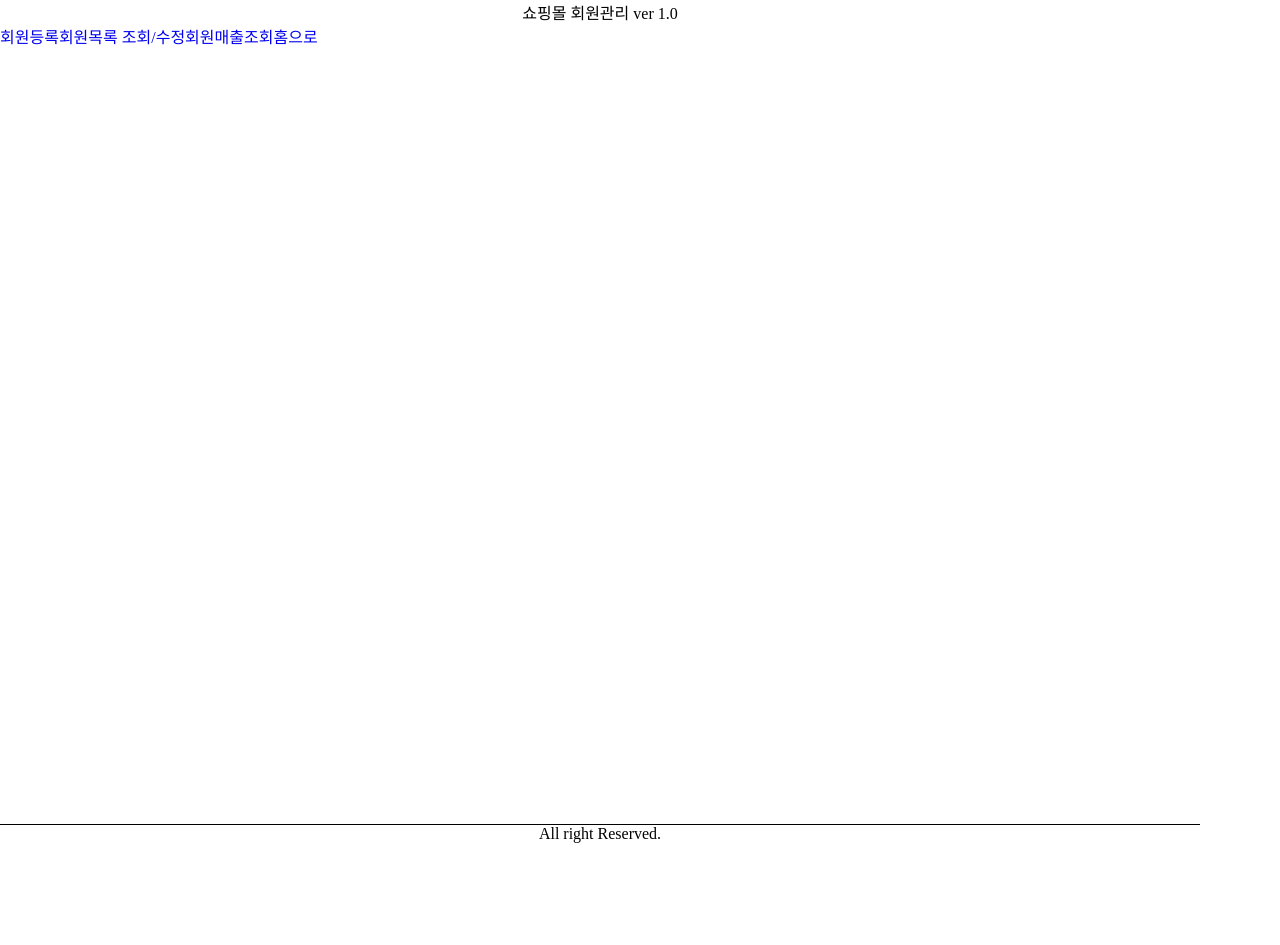
Repository: foodduck/HRD_exam
Page: http://localhost/HRD_1234/
The author's editor kept a copy of each file at every save. The page is drawn from the files as they stood at one save, then again after the next save.
The browser window is 1280 px wide. The pictures show the whole page.
The page is served by Tomcat 9.

Above is the page before, as saved 2022-02-11 09:15:54.

### HRD_1234/WebContent/index.jsp
<%@ page language="java" contentType="text/html; charset=UTF-8"
    pageEncoding="UTF-8"%>
<!DOCTYPE html PUBLIC "-//W3C//DTD HTML 4.01 Transitional//EN" "http://www.w3.org/TR/html4/loose.dtd">
<html>
<head>
<meta http-equiv="Content-Type" content="text/html; charset=UTF-8">
<title>메인 메뉴</title>
<style>
	* {margin:0; padding:0}
	body, html {width:100%}
	ul {list-style:none;}
	a {text-decoration:none;}
	.wrap {width:1200px; clear:both;}
	p {text-align:center}
	.tnb li {float:left; margin:0 auto;}
	.sec {width:100%; height:800px;}
	.ft {clear:both; width:100%; height:120px; border-top:solid 1px black;}
</style>
</head>
<body>
<div class="wrap">
	<header class="hd">
	<div class="hd_wrap">
		<p>쇼핑몰 회원관리 ver 1.0</p>
	</div>
	</header>
	<nav>
	<ul class="tnb">
		<li><a href="makecustNo.jsp">회원등록</a></li>
		<li><a href="memberList.jsp">회원목록 조회/수정</a></li>
		<li><a href="memberSales">회원매출조회</a></li>
		<li><a href="index.jsp">홈으로</a></li>
	</ul>
	</nav>
	<section class="sec">
		<div class="sec_wrap">

		</div>
	</section>
	<footer class="ft">
	<div class="ft_wrap">
		<p>All right Reserved.</p>
	</div>
	</footer>
</div>
</body>
</html>

After the next save:
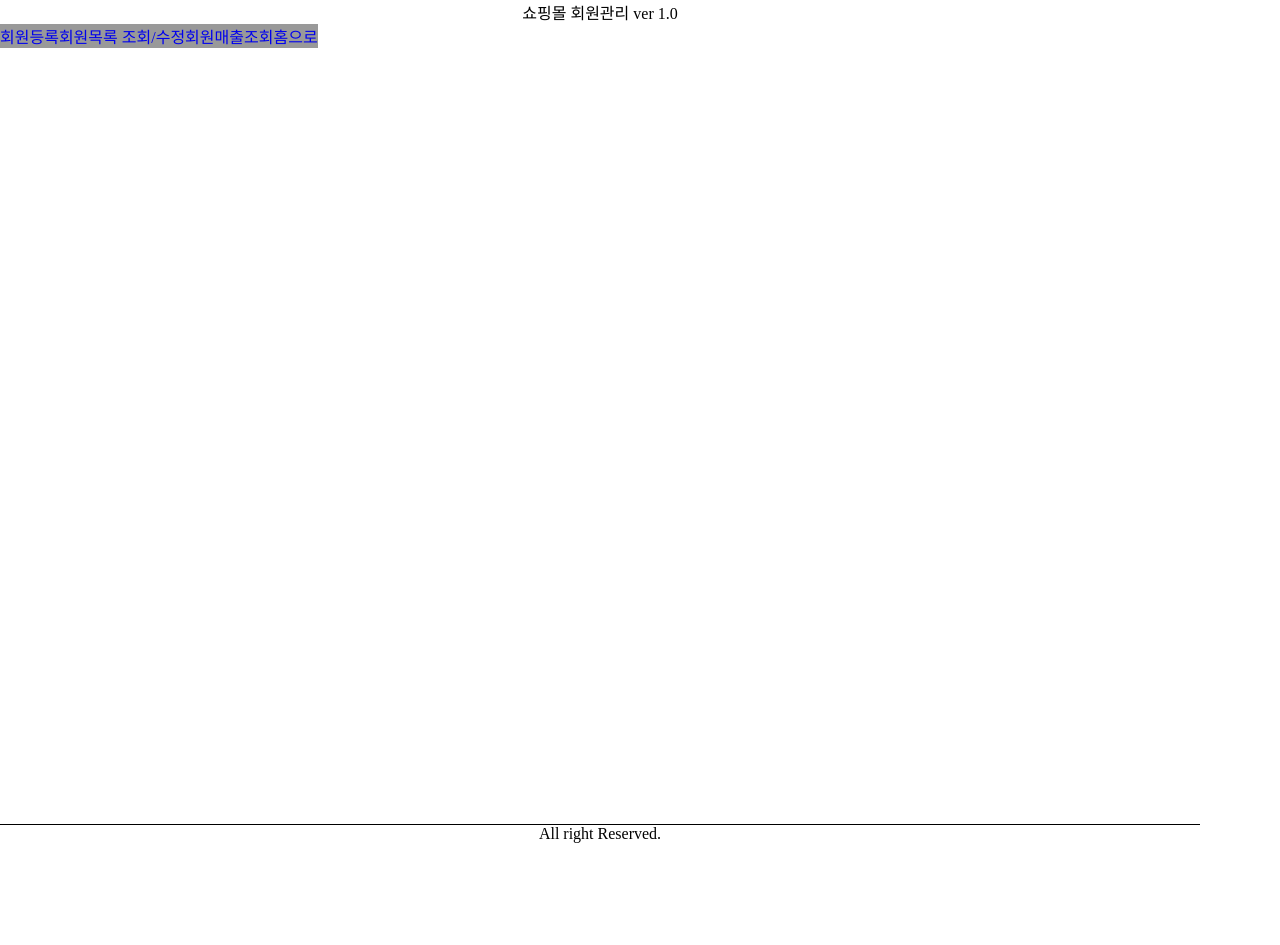
Saved 26 s later.
--- a/HRD_1234/WebContent/index.jsp
+++ b/HRD_1234/WebContent/index.jsp
@@ -12,7 +12,7 @@
 	a {text-decoration:none;}
 	.wrap {width:1200px; clear:both;}
 	p {text-align:center}
-	.tnb li {float:left; margin:0 auto;}
+	.tnb li {float:left; margin:0 auto; background-color:#999;}
 	.sec {width:100%; height:800px;}
 	.ft {clear:both; width:100%; height:120px; border-top:solid 1px black;}
 </style>
